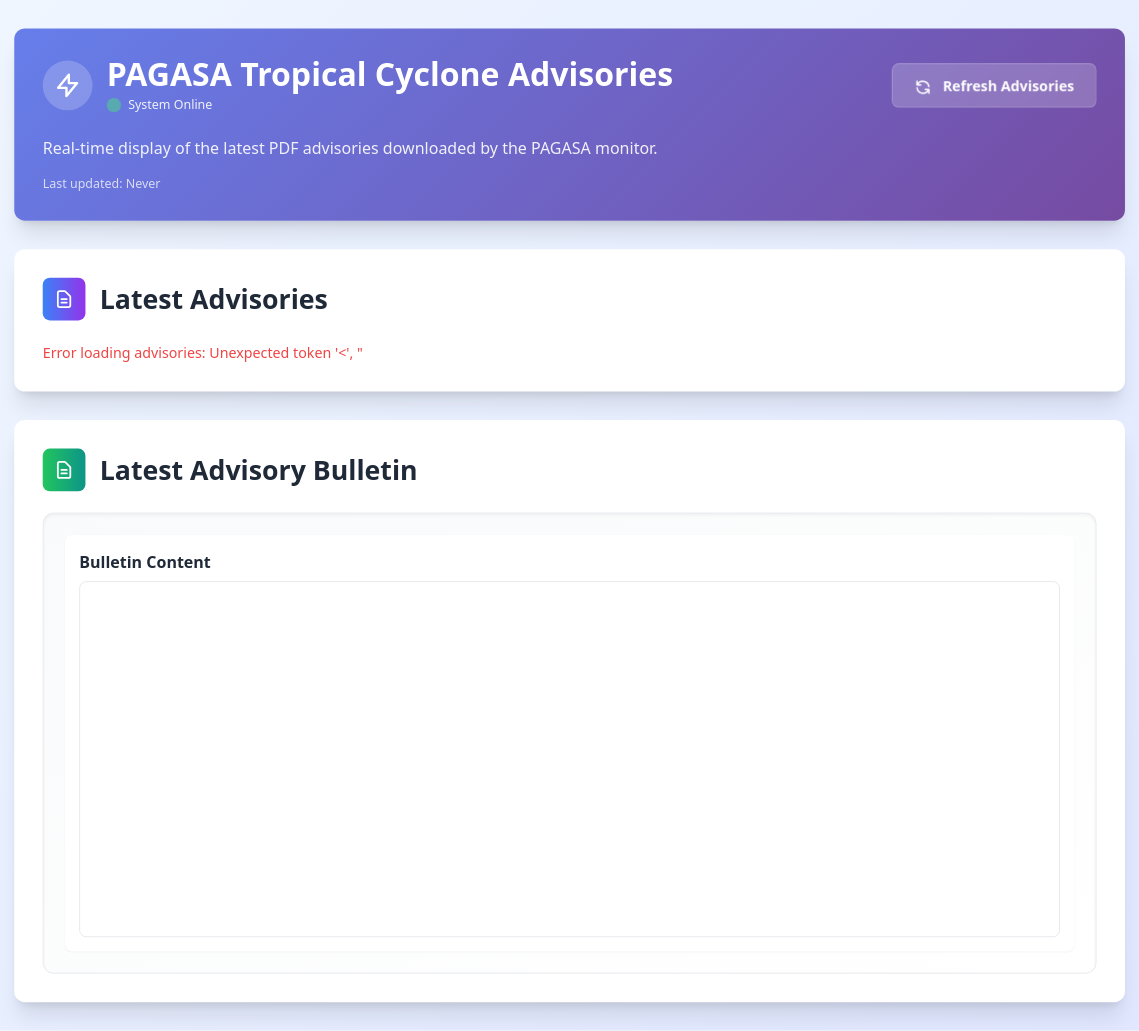
Repository: JetSpy-404/Heat-Mapping-For-Disaster-Risk-Prone-Areas
Page: pdf_viewer.html
An editor plug-in stored every save of this project. The page is shown before and after a run of saves, followed by the edit.
The browser window is 1280 px wide. The pictures show the whole page, at 89% of full size.
Some web libraries are served in a nearby version.

Above is the page before, as saved 2025-11-09 21:24:36.

After the next 2 saves:
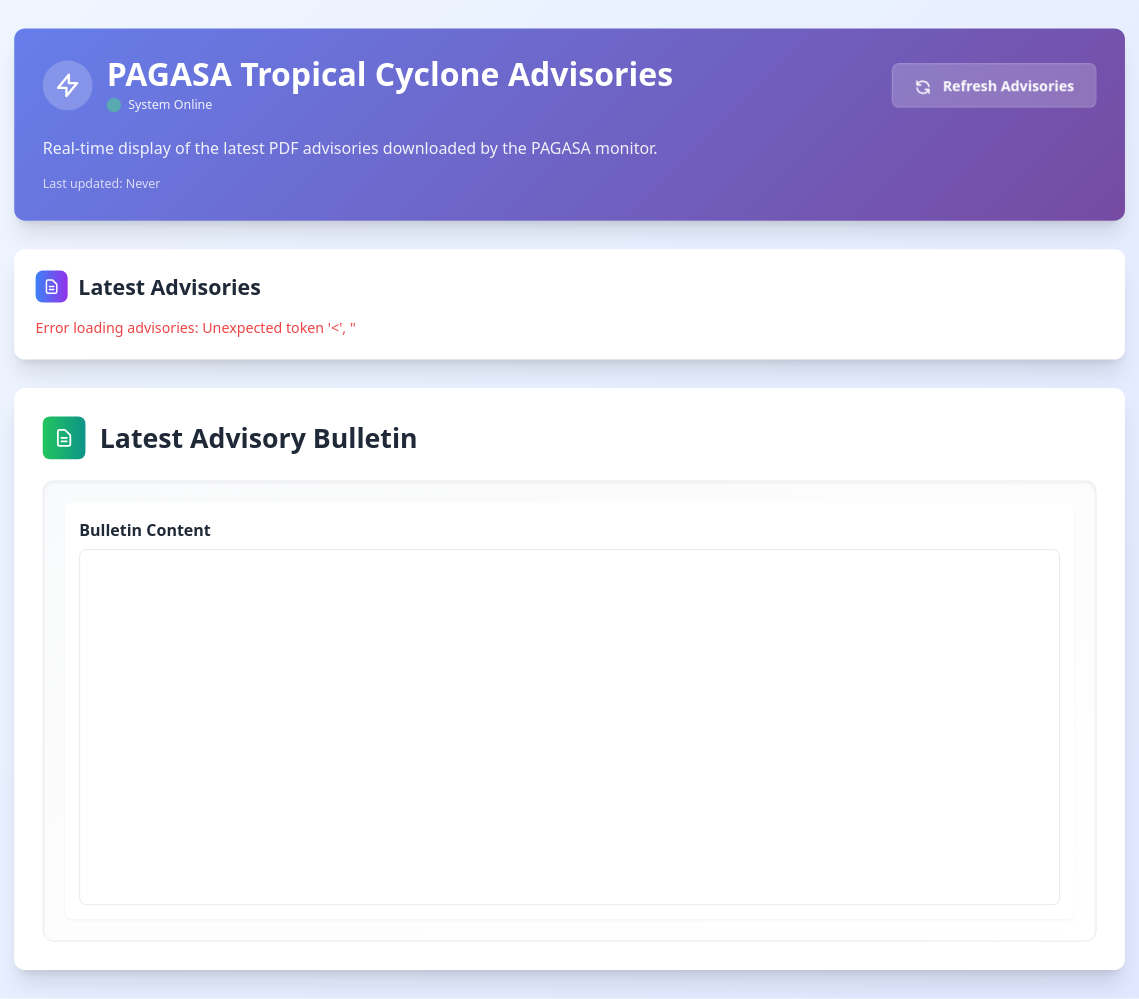
The 2 saves are shown as one change because they came seconds apart.
The last was saved 62 s later.
--- a/pdf_viewer.html
+++ b/pdf_viewer.html
@@ -77,16 +77,16 @@
         </div>
 
         <!-- Advisories List -->
-        <div id="advisories-list" class="bg-white rounded-xl shadow-xl p-8 card-hover">
-            <div class="flex items-center mb-6">
-                <div class="bg-gradient-to-r from-blue-500 to-purple-600 p-3 rounded-lg mr-4">
-                    <svg class="w-6 h-6 text-white" fill="none" stroke="currentColor" viewBox="0 0 24 24">
+        <div id="advisories-list" class="bg-white rounded-xl shadow-xl p-6 card-hover">
+            <div class="flex items-center mb-4">
+                <div class="bg-gradient-to-r from-blue-500 to-purple-600 p-2 rounded-lg mr-3">
+                    <svg class="w-5 h-5 text-white" fill="none" stroke="currentColor" viewBox="0 0 24 24">
                         <path stroke-linecap="round" stroke-linejoin="round" stroke-width="2" d="M9 12h6m-6 4h6m2 5H7a2 2 0 01-2-2V5a2 2 0 012-2h5.586a1 1 0 01.707.293l5.414 5.414a1 1 0 01.293.707V19a2 2 0 01-2 2z"></path>
                     </svg>
                 </div>
-                <h2 class="text-3xl font-bold text-gray-800">Latest Advisories</h2>
-            </div>
-            <ul id="advisories-ul" class="space-y-6">
+                <h2 class="text-2xl font-bold text-gray-800">Latest Advisories</h2>
+            </div>
+            <ul id="advisories-ul" class="space-y-4">
                 <!-- Advisories will be loaded here dynamically -->
             </ul>
         </div>
